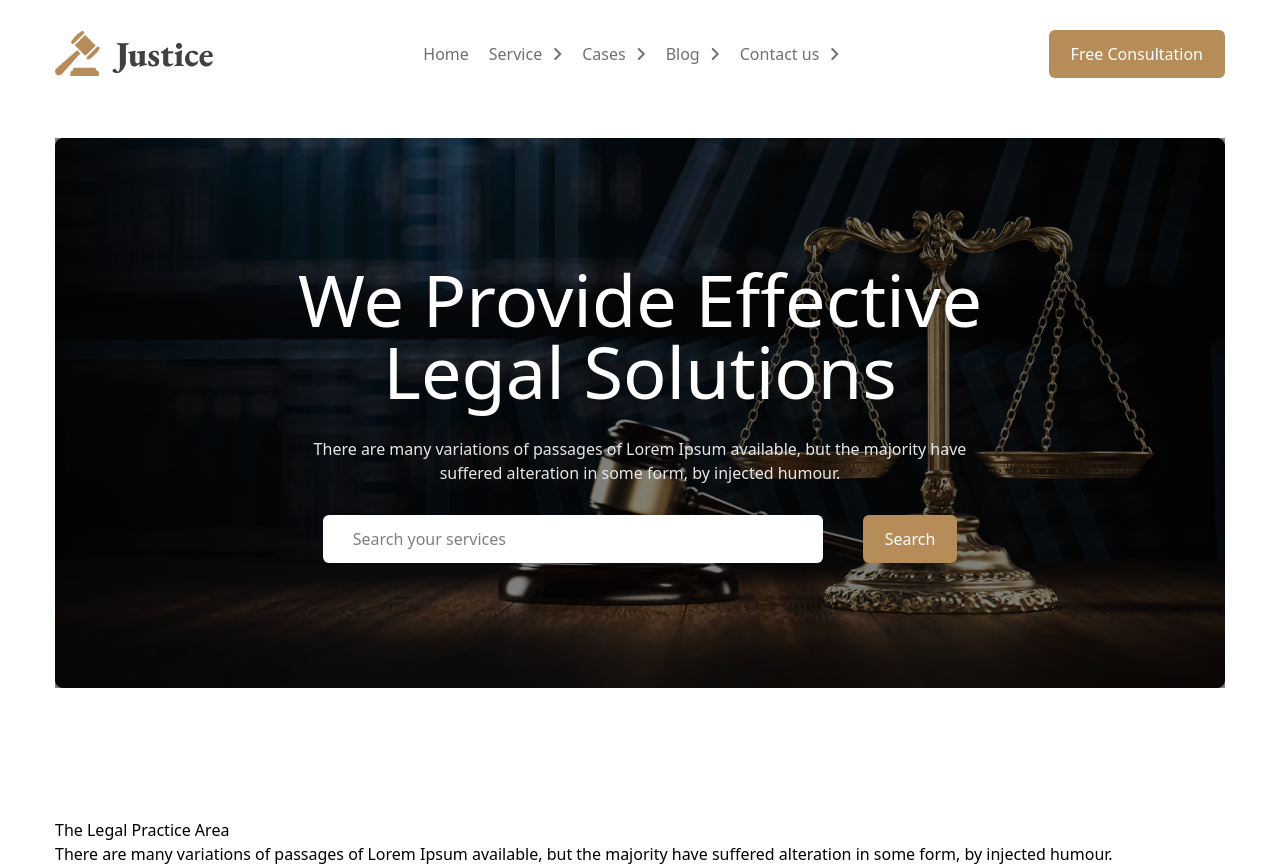
Repository: nahid-hasann/website-6
Page: index.html
The author's editor kept a copy of each file at every save. The page is drawn from the files as they stood at one save, then again after the next save.
The browser window is 1280 px wide. The pictures show the whole page.

Above is the page before, as saved 2025-07-20 23:35:04.

### index.html
<!DOCTYPE html>
<html lang="en">
<head>
    <meta charset="UTF-8">
    <meta name="viewport" content="width=device-width, initial-scale=1.0">
    <script src="https://cdn.jsdelivr.net/npm/@tailwindcss/browser@4"></script>
    <title>Document</title>
    <link rel="stylesheet" href="style.css">
    <link rel="stylesheet" href="https://cdnjs.cloudflare.com/ajax/libs/font-awesome/6.7.2/css/all.min.css" integrity="sha512-Evv84Mr4kqVGRNSgIGL/F/aIDqQb7xQ2vcrdIwxfjThSH8CSR7PBEakCr51Ck+w+/U6swU2Im1vVX0SVk9ABhg==" crossorigin="anonymous" referrerpolicy="no-referrer" />
</head>
<body>

<header>

<div class="flex mx-auto w-[1170px]  justify-between items-center my-[30px] ">
    <div>
        <img src="images/logo2.png" alt="">
    </div>
    <div>
        <ul class="flex gap-[20px] text-[#707070]">
            <li><a href="">Home</a></li>
            <li><a href="">Service<i class="fa-solid fa-angle-right ml-[10px]"></i></a></li>
            <li><a href="">Cases<i class="fa-solid fa-angle-right ml-[10px]"></i></a></li>
            <li><a href="">Blog<i class="fa-solid fa-angle-right ml-[10px]"></i></a></li>
            <li><a href="">Contact us<i class="fa-solid fa-angle-right ml-[10px]"></i></a></li>
        </ul>
    </div>
    <div>
        <button class="bg-[#b68c59] py-[12px] px-[22px] text-white rounded-md" >Free Consultation</button>
    </div>
</div>


<div class="banner-img w-[1170px] h-[550px] mx-auto  flex flex-col items-center justify-center mt-[60px] mb-[130px]">
      <div class="banner-content w-[692px]">
         <h1 class="text-[72px] text-center text-white leading-none">We Provide Effective  Legal Solutions</h1>
       <p class="my-[30px] text-center  text-[#E7E7E7]">There are many variations of passages of Lorem Ipsum available, but the majority have suffered alteration in some form, by injected humour.</p>
       <div class="flex justify-center gap-[40px]">
        <input class="bg-white py-[12px] px-[30px] pr-[70px] w-[500px] rounded-md" type="text" name="" placeholder="Search your services" id="">
        <button class="bg-[#b68c59] py-[12px] px-[22px] text-white rounded-md" >Search</button>
       </div>
      </div>
</div>


</header>


<main class="w-[1170px] mx-auto">
    <div class="card-section">
        <div class="card-content">
            <h1>The Legal Practice Area</h1>
            <p>There are many variations of passages of Lorem Ipsum available, but the majority have suffered alteration in some form, by injected humour.</p>
        </div>
    </div>
</main>





</body>
</html>

### style.css
.banner-img{
    background-image: linear-gradient(rgba(0, 0, 0, 0.5), rgba(0, 0, 0, 0.5)), url('images/banner.png');
}

After the next save:
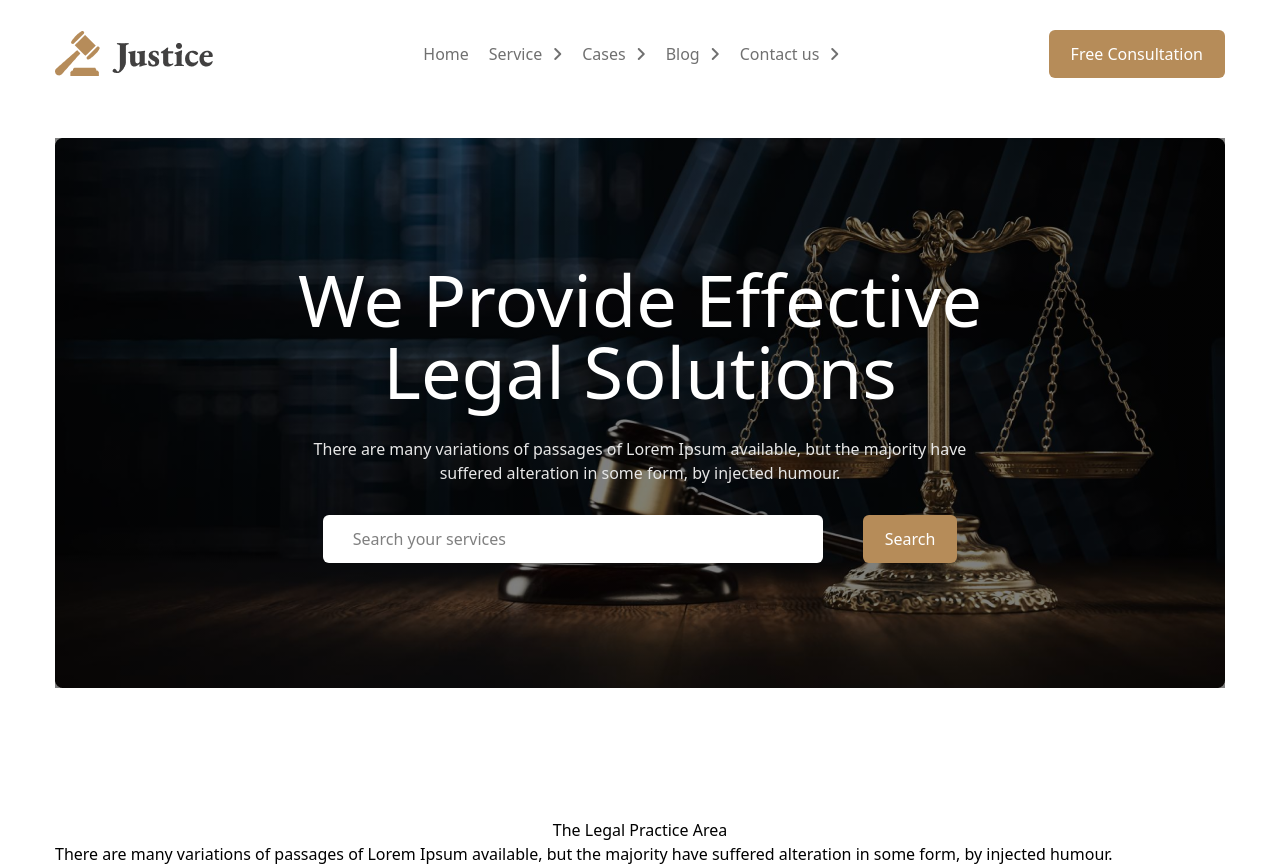
Saved 10 s later.
--- a/index.html
+++ b/index.html
@@ -49,7 +49,7 @@
 <main class="w-[1170px] mx-auto">
     <div class="card-section">
         <div class="card-content">
-            <h1>The Legal Practice Area</h1>
+            <h1 class="text-center">The Legal Practice Area</h1>
             <p>There are many variations of passages of Lorem Ipsum available, but the majority have suffered alteration in some form, by injected humour.</p>
         </div>
     </div>
